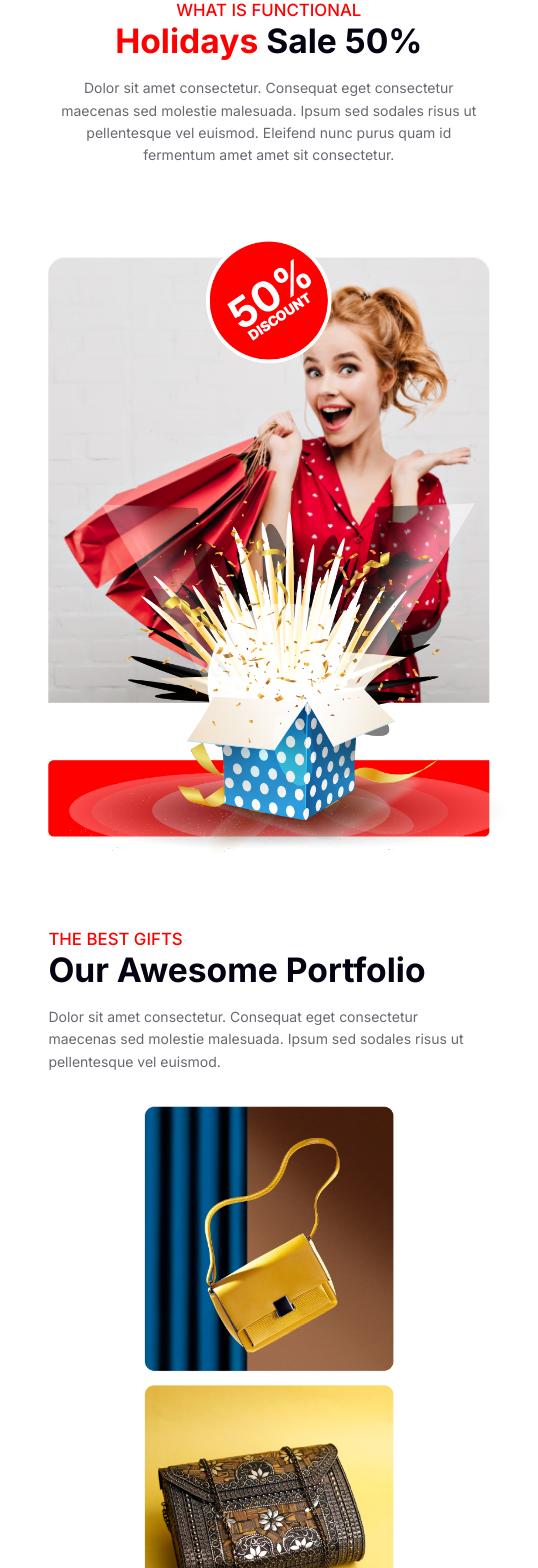
Repository: ShouravAhammed/simple-responsive-new-year
Page: index.html
These files come from the project's save history. The page is drawn as it stood at one moment and after the next save; the edit follows.
The browser window is 768 px wide. The pictures show the part of the page from y = 0 to 2240 px (the page is 5500 px tall), at 70% of full size.

Above is the page before, as saved 2024-01-11 18:44:59.

After the next save:
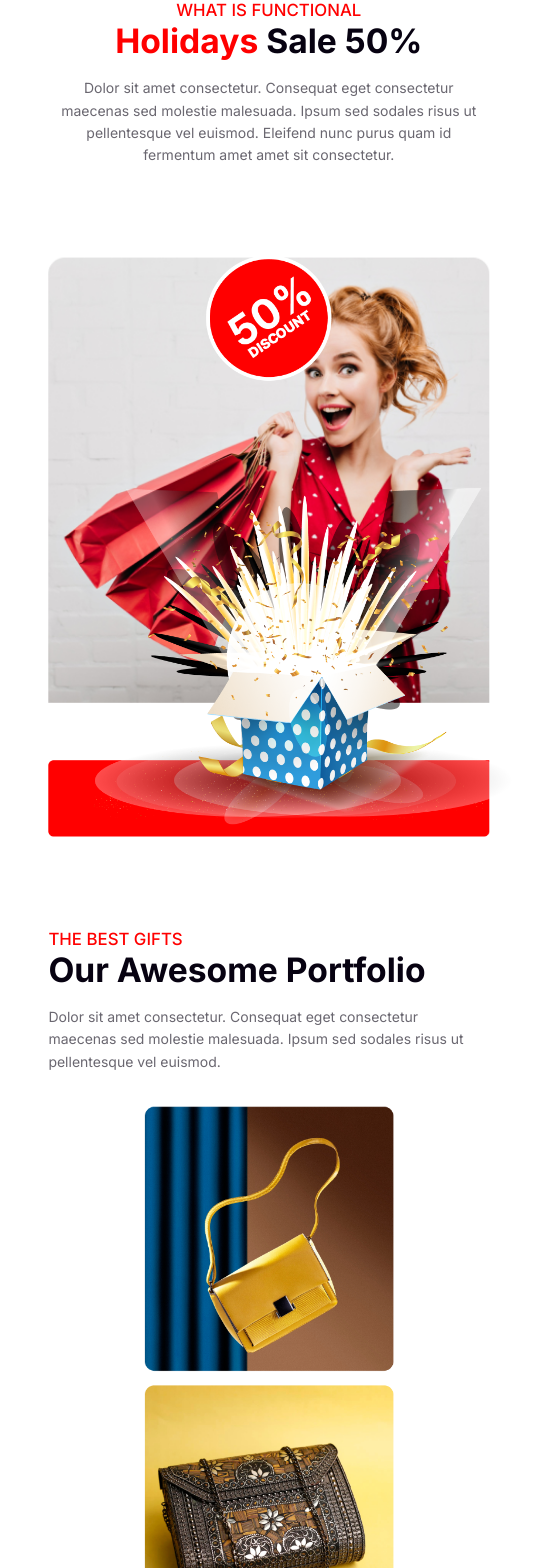
Saved 20 s later.
--- a/Style/style.css
+++ b/Style/style.css
@@ -559,16 +559,7 @@
         background-position: center;
         flex-direction: column-reverse;
     }
-    .holiday-back-img .holiday-gift-content {
-        width: 100%;
-        bottom: -157px;
-        left: 28px;
-    }
-    .holiday-back-img {
-        margin-top: 48px;
-        height: 100vh;
-        background-position: center;
-    }
+
     .best-offer-container, .best-offer-container, .portfolio-container .portfolio-content {
         flex-direction: column;
     }
